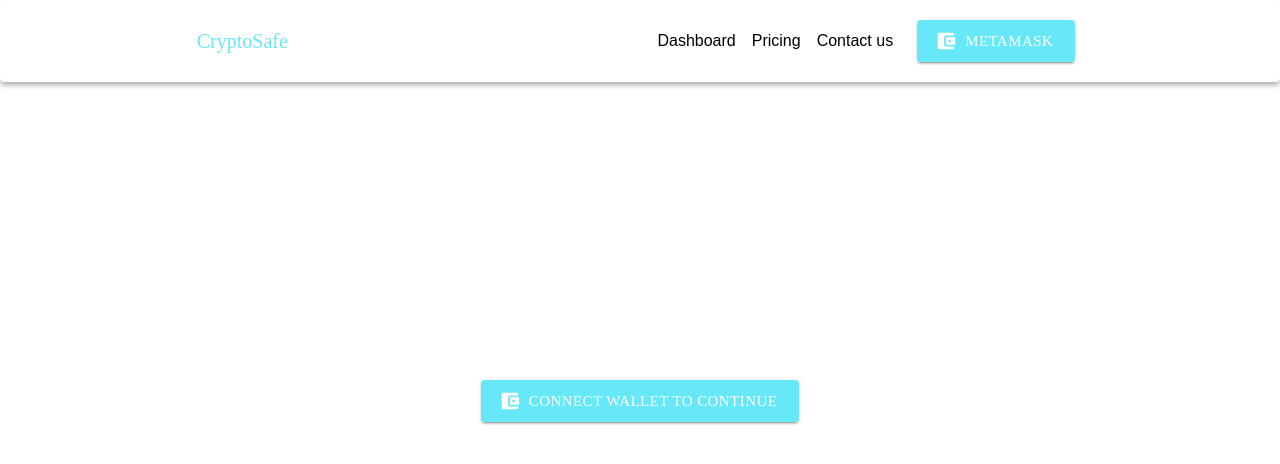
Repository: Matlefebvre1234/CryptoSafe
Page: /
These files come from the project's save history. The page is drawn as it stood at one moment and after the next save; the edit follows.
The browser window is 1280 px wide. The pictures show the whole page.
The project was rebuilt for these pictures with package versions that can differ from the ones it lists, and the page was loaded fresh each time. Also part of the build but not shown: src/App.css, src/pages/Home.js. Imported but missing from the stored project, and not drawn on this page: src/abi/contractAddress.

Above is the page before, as saved 2022-06-01 11:19:57.

### src/index.js
import React from "react";
import ReactDOM from "react-dom/client";
import "./index.css";
import App from "./App";
import reportWebVitals from "./reportWebVitals";
import "@fontsource/roboto/300.css";
import "@fontsource/roboto/400.css";
import "@fontsource/roboto/500.css";
import "@fontsource/roboto/700.css";
const root = ReactDOM.createRoot(document.getElementById("root"));
root.render(
  <React.StrictMode>
    <App />
  </React.StrictMode>
);

// If you want to start measuring performance in your app, pass a function
// to log results (for example: reportWebVitals(console.log))
// or send to an analytics endpoint. Learn more: https://bit.ly/CRA-vitals
reportWebVitals();

### src/index.css
@tailwind base;
@tailwind components;
@tailwind utilities;
@import url("https://fonts.googleapis.com/css2?family=Titan+One&display=swap");
@import url("https://fonts.googleapis.com/css2?family=Cairo&display=swap");
body {
  margin: 0;
  font-family: -apple-system, BlinkMacSystemFont, "Segoe UI", "Roboto", "Oxygen",
    "Ubuntu", "Cantarell", "Fira Sans", "Droid Sans", "Helvetica Neue",
    sans-serif;
  -webkit-font-smoothing: antialiased;
  -moz-osx-font-smoothing: grayscale;
}

code {
  font-family: source-code-pro, Menlo, Monaco, Consolas, "Courier New",
    monospace;
}

### src/App.js
import "./App.css";
import { BrowserRouter as Router, Route, Routes } from "react-router-dom";
import Home from "./pages/Home";
import { StyledEngineProvider } from "@mui/material/styles";
import web3Context from "./Context/web3Context";
import { useRef } from "react";
import Dashboard from "./pages/Dashboard";

function App() {
  const address = useRef();
  const connected = useRef();
  const web3Enable = useRef();
  const provider = useRef();

  const web3state = {
    address: address,
    connected: connected,
    web3Enable: web3Enable,
    provider: provider,
  };

  return (
    <StyledEngineProvider injectFirst>
      <web3Context.Provider value={web3state}>
        <Router>
          <Routes>
            <Route path="/" element={<Dashboard></Dashboard>} />
          </Routes>
        </Router>
      </web3Context.Provider>
    </StyledEngineProvider>
  );
}

export default App;

### src/Context/web3Context.js
import React from "react";

const web3Context = React.createContext();

export default web3Context;

### src/pages/Dashboard.js
import React from 'react'
import Header from '../components/Header'
import CreateAccount from '../components/CreateAccount'
export default function Dashboard() {
  return (
      <div className='w-full h-screen flex flex-col'>
        <Header></Header>
        <CreateAccount></CreateAccount>
      </div>

  )
}

### src/components/Header.js
import React, { useState } from "react";
import { Link } from "react-router-dom";
import MenuIcon from '@mui/icons-material/Menu';
import Paper from "@mui/material/Paper";
import Metamask from "./Metamask";
import { Drawer, List, ListItem, ListItemButton, ListItemText } from "@mui/material";
export default function Header() {


  const [openMenu,setOpenMenu] = useState();

  return (
    <Paper elevation={4} className="">
      <div className="flex lg:justify-around justify-between px- p-5 items-center">
        <span className=" text-xl lg:text-xl text-cyan-300  font-Concert hover:text-blue-400 hover:transform hover:scale-105 antialiased">
          CryptoSafe
        </span>

        <MenuIcon className="lg:hidden text-black" onClick={()=> setOpenMenu(prev => !prev)}></MenuIcon>

        {
          openMenu &&
           <Drawer
           open={openMenu}
           onClose = {()=> setOpenMenu(false)}
           anchor='right'
           >

          <List>
           <ListItem disablePadding className="my-2">
            <ListItemButton>
            <Link
              to="/"
              className=" font-Cairo text-black  flex justify-end w-full antialiased  no-underline hover:text-cyan-400 hover:transform hover:scale-105  "
            >
              Dashboard
            </Link>
            </ListItemButton>
          </ListItem>
          <ListItem disablePadding className="my-2">
            <ListItemButton>
            <Link
              to="/allo"
              className=" font-Cairo text-black flex justify-end w-full antialiased  no-underline hover:text-cyan-400 hover:transform hover:scale-105  "
            >
              Pricing
            </Link>
            </ListItemButton>
          </ListItem>
          <ListItem disablePadding className="my-2">
            <ListItemButton>
            <Link
              to="/"
              className="flex justify-end w-full font-Cairo text-black  antialiased no-underline hover:text-cyan-400 hover:transform hover:scale-105 hover: "
            >
              Contact us
            </Link>
            </ListItemButton>
          </ListItem>
          <Metamask className="my-2"></Metamask>
          </List>

          </Drawer>
        }
        <div className="lg:flex justify-center items-center hidden">
          <div className="flex justify-around mx-2">
            <Link
              to="/"
              className="mx-2 font-Cairo text-black  antialiased  no-underline hover:text-cyan-400 hover:transform hover:scale-105  "
            >
              Dashboard
            </Link>
            <Link
              to="/"
              className="mx-2 font-Cairo text-black antialiased  no-underline hover:text-cyan-400 hover:transform hover:scale-105  "
            >
              Pricing
            </Link>
            <Link
              to="/"
              className="mx-2 font-Cairo text-black antialiased no-underline hover:text-cyan-400 hover:transform hover:scale-105 hover: "
            >
              Contact us
            </Link>
          </div>
          <Metamask size='large' text='Metamask'></Metamask>
        </div>
      </div>
    </Paper>
  );
}

### src/components/CreateAccount.js
import React, { useContext } from 'react'
import { Button } from '@mui/material'
import GroupAddIcon from '@mui/icons-material/GroupAdd';
import web3Context from "../Context/web3Context";
import Metamask from './Metamask';
import { Contract, utils } from 'ethers';
import abi from "../abi/Master.json"
import contractAddress from '../abi/contractAddress';
export default function CreateAccount({callback}) {

    const web3 = useContext(web3Context);


    async function createAccount()
    {
         let overrides = {

            // The amount to send with the transaction (i.e. msg.value)
            value: utils.parseEther("0.05"),


        };

        let signer = web3.ref_provider.current.getSigner();
        let contract = new Contract(contractAddress,abi,signer);
        await contract.createAccount(web3.ref_address.current,overrides);
        callback();
    }

  return (
      <div className='h-full w-full flex justify-center items-center'>
   {web3.state_connected ? <Button
       size='large'
       variant="contained"
       className="bg-cyan-300 hover:bg-blue-500 mx-2  font-Concert hover:transform hover:scale-105"
       startIcon={<GroupAddIcon></GroupAddIcon>}
       onClick={createAccount}
     >
       Initialize Account
     </Button> :

     <Metamask size='large' text='Connect Wallet To Continue' ></Metamask> }


      </div>
      )
}

### src/components/Metamask.js
import React, { useRef, useState } from "react";
import { useEffect, useContext } from "react";
import Button from "@mui/material/Button";
import {
  Dialog,
  DialogActions,
  DialogTitle,
  DialogContent,
  Card,
} from "@mui/material";
import ExploreIcon from "@mui/icons-material/Explore";
import AccountBalanceWalletIcon from "@mui/icons-material/AccountBalanceWallet";
import { ethers } from "ethers";
import web3Context from "../Context/web3Context";
import { ReactComponent as MetamaskSvg } from "../images/metamask.svg";
import { getExplorer } from "../helper/getExplorer";

export default function Metamask({size,text}) {
  const web3 = useContext(web3Context);
  const [open, setOpen] = React.useState(false);
  const [accountAddress, setAccountAddress] = useState();
  const chainId = useRef("");
  const explorer = useRef("");

  useEffect(() => {
    function init() {
      if (window.ethereum) {
        web3.web3Enable.current = true;
        web3.provider.current = new ethers.providers.Web3Provider(
          window.ethereum
        );
      } else {
        web3.web3Enable.current = false;
        web3.provider.current = null;
      }
    }
    init();
  }, [web3.web3Enable, web3.provider]);

  async function Connect() {
    if (web3.web3Enable.current) {
      const accounts = await window.ethereum.request({
        method: "eth_requestAccounts",
      });
      web3.address.current = accounts[0];
      setAccountAddress(accounts[0]);
      web3.connected.current = true;
      chainId.current = await (
        await web3.provider.current.getNetwork()
      ).chainId;
      explorer.current = getExplorer("0x" + chainId.current.toString(16));
    } else {
      handleClickOpen();
    }
  }

  function disconnect(){
    if(web3.web3Enable.current && web3.connected.current)
    {
        web3.connected.current = false;
        web3.address.current = '';
        setAccountAddress(null);
        handleClose();
    }
  }
  const handleClickOpen = () => {
    setOpen(true);
  };

  const handleClose = () => {
    setOpen(false);
  };

  return (
    <div>
      <Button
        size={size}
        variant="contained"
        className="bg-cyan-300 hover:bg-blue-500 mx-2  font-Concert hover:transform hover:scale-105"
        startIcon={<AccountBalanceWalletIcon ></AccountBalanceWalletIcon>}
        onClick={accountAddress ? handleClickOpen : Connect}
      >
        {accountAddress
          ? accountAddress.substring(0, 5) +
            "..." +
            accountAddress.substring(38)
          : text}
      </Button>

      {web3.web3Enable.current && (
        <Dialog
          open={open}
          onClose={handleClose}
          aria-describedby="alert-dialog-slide-description"
        >
          <DialogTitle className="text-gray-500 font-Cairo">
            {"Account"}
          </DialogTitle>
          <DialogContent>
            <Card variant="outlined" className="p-5 rounded-lg">
              <span className="text-gray-500 font-Cairos">
                {accountAddress}
              </span>
              <a
                href={explorer.current + "/address/" + accountAddress}
                target="_blank"
                rel="noreferrer"
                className="no-underline"
              >
                <div className="flex p-2 hover:text-cyan-400 text-blue-400">
                  <ExploreIcon></ExploreIcon>
                  <span className=" font-Cairos mx-1">View on explorer</span>
                </div>
              </a>
            </Card>
          </DialogContent>
          <DialogActions>
            <Button
              size="large"
              variant="contained"
              className="bg-cyan-400 w-full hover:bg-blue-500 mx-2  font-Concert hover:transform hover:scale-105"
              onClick={disconnect}
            >
              Disconnect
            </Button>
          </DialogActions>
        </Dialog>
      )}

      {!web3.web3Enable.current && (
        <Dialog
          open={open}
          onClose={handleClose}
          aria-describedby="alert-dialog-slide-description"
        >
          <DialogTitle className="font-Cairo text-gray-400 ">Error</DialogTitle>
          <DialogContent>
            <div className="flex flex-col p-2 justify-center items-center text-gray-400 font-Cairo ">
              <span className="text-center my-10 font-mono">
                Please Install{" "}
                <a
                  className="underline text-cyan-400 font-Concert hover:text-blue-400 hover:transfo"
                  href="https://metamask.io/"
                  target="_blank"
                  rel="noopener noreferrer"
                >
                  Metamask extension
                </a>{" "}
                or any other wallet to continue
              </span>
              <a
                className="w-full h-full flex justify-center"
                href="https://metamask.io/"
                target="_blank"
                rel="noopener noreferrer"
              >
                <MetamaskSvg className="w-3/4 h-3/4"></MetamaskSvg>
              </a>
            </div>
          </DialogContent>
          <DialogActions>
            <Button
              size="large"
              variant="contained"
              className="bg-cyan-400 hover:bg-blue-500 mx-2  font-Concert hover:transform hover:scale-105"
              onClick={handleClose}
            >
              Close
            </Button>
          </DialogActions>
        </Dialog>
      )}
    </div>
  );
}

### src/abi/Master.json
[
	{
		"inputs": [
			{
				"internalType": "uint256",
				"name": "id",
				"type": "uint256"
			},
			{
				"internalType": "string",
				"name": "name",
				"type": "string"
			},
			{
				"internalType": "string",
				"name": "password",
				"type": "string"
			}
		],
		"name": "addPassword",
		"outputs": [],
		"stateMutability": "nonpayable",
		"type": "function"
	},
	{
		"inputs": [
			{
				"internalType": "uint256",
				"name": "id",
				"type": "uint256"
			}
		],
		"name": "deletePassword",
		"outputs": [],
		"stateMutability": "nonpayable",
		"type": "function"
	},
	{
		"inputs": [
			{
				"internalType": "address",
				"name": "_admin",
				"type": "address"
			}
		],
		"name": "setAdmin",
		"outputs": [],
		"stateMutability": "nonpayable",
		"type": "function"
	},
	{
		"inputs": [
			{
				"internalType": "address",
				"name": "_address",
				"type": "address"
			}
		],
		"name": "setMasterContract",
		"outputs": [],
		"stateMutability": "nonpayable",
		"type": "function"
	},
	{
		"inputs": [
			{
				"internalType": "address",
				"name": "_owner",
				"type": "address"
			},
			{
				"internalType": "address",
				"name": "_admin",
				"type": "address"
			}
		],
		"stateMutability": "nonpayable",
		"type": "constructor"
	},
	{
		"inputs": [
			{
				"internalType": "uint256",
				"name": "id",
				"type": "uint256"
			},
			{
				"internalType": "string",
				"name": "name",
				"type": "string"
			},
			{
				"internalType": "string",
				"name": "password",
				"type": "string"
			}
		],
		"name": "updatePassword",
		"outputs": [],
		"stateMutability": "nonpayable",
		"type": "function"
	},
	{
		"inputs": [],
		"name": "admin",
		"outputs": [
			{
				"internalType": "address",
				"name": "",
				"type": "address"
			}
		],
		"stateMutability": "view",
		"type": "function"
	},
	{
		"inputs": [],
		"name": "getlistPassword",
		"outputs": [
			{
				"components": [
					{
						"internalType": "uint256",
						"name": "id",
						"type": "uint256"
					},
					{
						"internalType": "string",
						"name": "name",
						"type": "string"
					},
					{
						"internalType": "string",
						"name": "password",
						"type": "string"
					}
				],
				"internalType": "struct Account.Password[]",
				"name": "",
				"type": "tuple[]"
			}
		],
		"stateMutability": "view",
		"type": "function"
	},
	{
		"inputs": [
			{
				"internalType": "uint256",
				"name": "",
				"type": "uint256"
			}
		],
		"name": "listPassword",
		"outputs": [
			{
				"internalType": "uint256",
				"name": "id",
				"type": "uint256"
			},
			{
				"internalType": "string",
				"name": "name",
				"type": "string"
			},
			{
				"internalType": "string",
				"name": "password",
				"type": "string"
			}
		],
		"stateMutability": "view",
		"type": "function"
	},
	{
		"inputs": [],
		"name": "masterContract",
		"outputs": [
			{
				"internalType": "address",
				"name": "",
				"type": "address"
			}
		],
		"stateMutability": "view",
		"type": "function"
	},
	{
		"inputs": [],
		"name": "owner",
		"outputs": [
			{
				"internalType": "address",
				"name": "",
				"type": "address"
			}
		],
		"stateMutability": "view",
		"type": "function"
	}
]

### src/helper/getExplorer.js
export const networkConfigs = {
  "0x1": {
    currencySymbol: "ETH",
    blockExplorerUrl: "https://etherscan.io/",
    wrapped: "0xc02aaa39b223fe8d0a0e5c4f27ead9083c756cc2",
  },
  "0x3": {
    currencySymbol: "ETH",
    blockExplorerUrl: "https://ropsten.etherscan.io/",
  },
  "0x4": {
    currencySymbol: "ETH",
    blockExplorerUrl: "https://rinkeby.etherscan.io/",
  },
  "0x2a": {
    currencySymbol: "ETH",
    blockExplorerUrl: "https://kovan.etherscan.io/",
  },
  "0x5": {
    currencySymbol: "ETH",
    blockExplorerUrl: "https://goerli.etherscan.io/",
  },
  "0x539": {
    chainName: "Local Chain",
    currencyName: "ETH",
    currencySymbol: "ETH",
    rpcUrl: "http://127.0.0.1:7545",
  },
  "0xa86a": {
    chainId: 43114,
    chainName: "Avalanche Mainnet",
    currencyName: "AVAX",
    currencySymbol: "AVAX",
    rpcUrl: "https://api.avax.network/ext/bc/C/rpc",
    blockExplorerUrl: "https://cchain.explorer.avax.network/",
  },
  "0x38": {
    chainId: 56,
    chainName: "Smart Chain",
    currencyName: "BNB",
    currencySymbol: "BNB",
    rpcUrl: "https://bsc-dataseed.binance.org/",
    blockExplorerUrl: "https://bscscan.com/",
    wrapped: "0xbb4CdB9CBd36B01bD1cBaEBF2De08d9173bc095c",
  },
  "0x61": {
    chainId: 97,
    chainName: "Smart Chain - Testnet",
    currencyName: "BNB",
    currencySymbol: "BNB",
    rpcUrl: "https://data-seed-prebsc-1-s1.binance.org:8545/",
    blockExplorerUrl: "https://testnet.bscscan.com/",
  },
  "0x89": {
    chainId: 137,
    chainName: "Polygon Mainnet",
    currencyName: "MATIC",
    currencySymbol: "MATIC",
    rpcUrl: "https://rpc-mainnet.maticvigil.com/",
    blockExplorerUrl: "https://explorer-mainnet.maticvigil.com/",
    wrapped: "0x0d500b1d8e8ef31e21c99d1db9a6444d3adf1270",
  },
  "0x13881": {
    chainId: 80001,
    chainName: "Mumbai",
    currencyName: "MATIC",
    currencySymbol: "MATIC",
    rpcUrl: "https://rpc-mumbai.matic.today/",
    blockExplorerUrl: "https://mumbai.polygonscan.com/",
  },
};

export const getNativeByChain = (chain) =>
  networkConfigs[chain]?.currencySymbol || "NATIVE";

export const getChainById = (chain) => networkConfigs[chain]?.chainId || null;

export const getExplorer = (chain) => networkConfigs[chain]?.blockExplorerUrl;

export const getWrappedNative = (chain) =>
  networkConfigs[chain]?.wrapped || null;

### tailwind.config.js
module.exports = {
  corePlugins: {
    preflight: false,
  },
  content: ["./src/**/*.{js,jsx,ts,tsx}"],
  theme: {
    extend: {
      fontFamily: {
        Concert: " 'Titan One', cursive",
        Cairo: "'Cairo', sans-serif",
      },
    },
  },
  plugins: [],
};

Loaded but not shown: public/index.html (common file); src/reportWebVitals.js (common file)

After the next save:
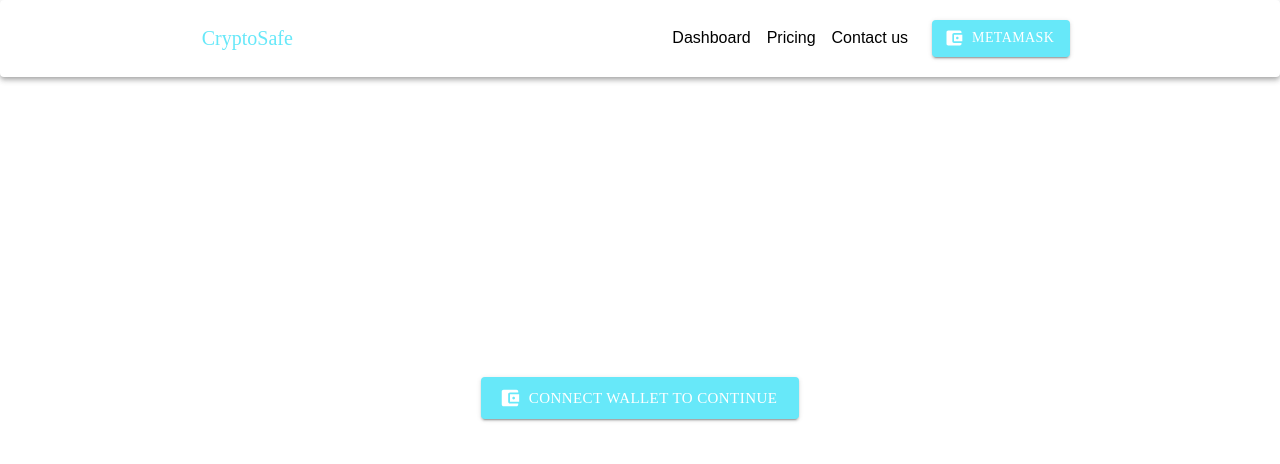
Saved 16 s later.
--- a/src/components/Header.js
+++ b/src/components/Header.js
@@ -83,7 +83,7 @@
               Contact us
             </Link>
           </div>
-          <Metamask size='large' text='Metamask'></Metamask>
+          <Metamask size='medium' text='Metamask'></Metamask>
         </div>
       </div>
     </Paper>
